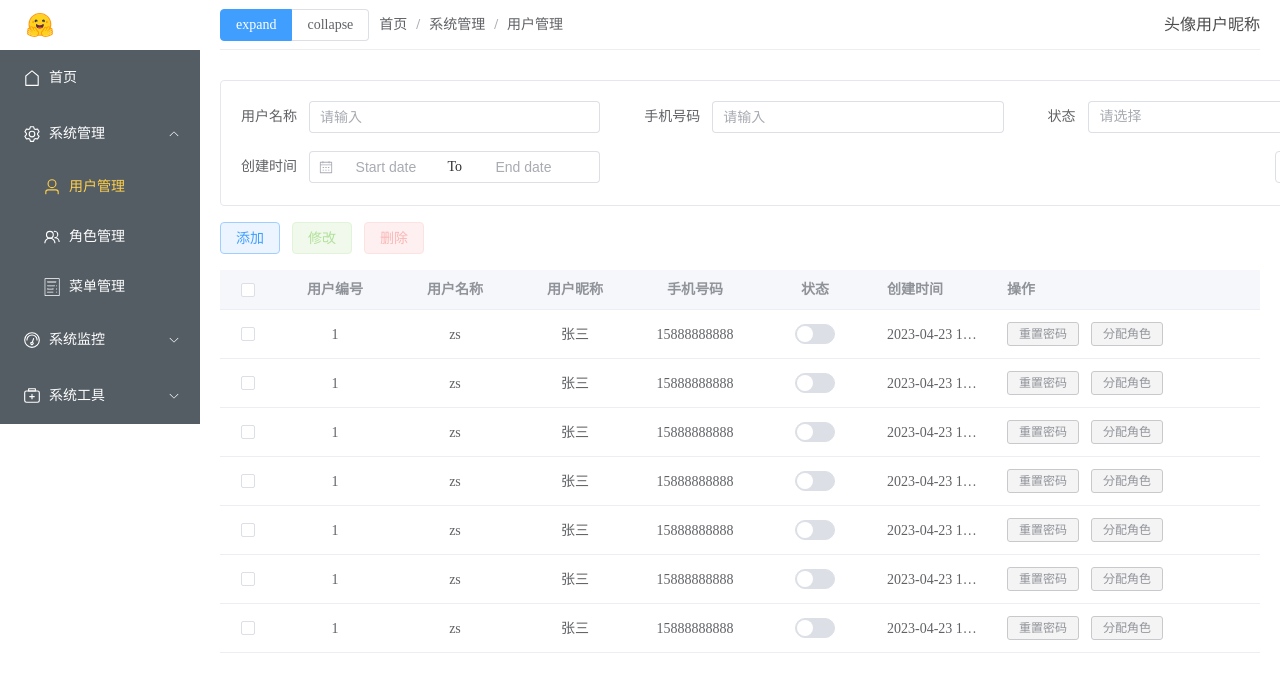
Repository: 202100202078/SignInBox
Page: /admin/system/user
These files come from the project's save history. The page is drawn as it stood at one moment and after the next save; the edit follows.
The browser window is 1280 px wide. The pictures show the whole page.
The project was rebuilt for these pictures with package versions that can differ from the ones it lists, and the page was loaded fresh each time. Also part of the build but not shown: vite.config.js, src/components/FilterLayout.vue, src/components/PageFooter.vue, src/components/TableLayout.vue, src/components/ToolTip.vue, src/assets/fonts/iconfont/iconfont.js, src/assets/style/variables.module.scss.

Above is the page before, as saved 2024-01-30 16:37:08.

### src/main.js
import { createApp } from 'vue'
import '@/assets/style/base.scss'
import pinia from '@/stores/index'
import App from './App.vue'
import router from './router'
import ElementPlus from 'element-plus'
import 'element-plus/dist/index.css'
import '@/assets/fonts/iconfont/iconfont.css'
import '@/assets/fonts/iconfont/iconfont.js'
import * as ElementPlusIconsVue from '@element-plus/icons-vue'

const app = createApp(App)
for (const [key, component] of Object.entries(ElementPlusIconsVue)) {
  app.component(key, component)
}
app.use(ElementPlus)
app.use(pinia)
app.use(router)

app.mount('#app')

### src/assets/style/base.scss
* {
  margin: 0px;
  padding: 0px;
  box-sizing: border-box;
}

.icon {
  width: 1em;
  height: 1em;
  vertical-align: -0.15em;
  fill: currentColor;
  overflow: hidden;
}

.el-menu {
  border:0!important;
}

ul {
  list-style:none;
}

li {
  list-style-type:none;
}

a {
	text-decoration: none; /* 去除默认的下划线 */
	outline: none;	/* 去除旧版浏览器的点击后的外虚线框 */
	color: #000;	/* 去除默认的颜色和点击后变化的颜色 */
}

// 阿里字体图标设置
.icon, .iconfont {
  font-family:"iconfont" !important;
  font-size:16px;
  font-style:normal;
  -webkit-font-smoothing: antialiased;
  -webkit-text-stroke-width: 0.2px;
  -moz-osx-font-smoothing: grayscale;
}

### src/stores/index.js
//将pinia相关代码整合至此
import { createPinia } from 'pinia'
import persist from 'pinia-plugin-persistedstate'

const pinia = createPinia()
pinia.use(persist)

export default pinia

export * from './modules/user'

### src/assets/fonts/iconfont/iconfont.css
@font-face {
  font-family: "iconfont"; /* Project id 4345534 */
  src: url('iconfont.woff2?t=1703642635456') format('woff2'),
       url('iconfont.woff?t=1703642635456') format('woff'),
       url('iconfont.ttf?t=1703642635456') format('truetype');
}

.iconfont {
  font-family: "iconfont" !important;
  font-size: 16px;
  font-style: normal;
  -webkit-font-smoothing: antialiased;
  -moz-osx-font-smoothing: grayscale;
}

.icon-yunyingbaobiao:before {
  content: "\e620";
}

.icon-jiekou1:before {
  content: "\e694";
}

.icon-jiaoseguanli:before {
  content: "\e618";
}

.icon-dingshirenwu:before {
  content: "\e651";
}

.icon-daimashengcheng:before {
  content: "\e636";
}

.icon-a-Icon-line-hamburger-right1x:before {
  content: "\e84c";
}

.icon-a-Icon-line-hamburger-left1x:before {
  content: "\e84d";
}

.icon-a-shujujiankong2:before {
  content: "\e628";
}

.icon-a-zaixianyonghu2:before {
  content: "\e629";
}

.icon-shouqi:before {
  content: "\e6b8";
}

.icon-xiala:before {
  content: "\e6b9";
}

.icon-gantanhao-quan:before {
  content: "\e70f";
}

.icon-yuandianxiao:before {
  content: "\e757";
}

.icon-duihao:before {
  content: "\eaf1";
}

.icon-fuzhi:before {
  content: "\ec7a";
}

.icon-shuaxin:before {
  content: "\e8b9";
}

.icon-shezhi:before {
  content: "\e642";
}

.icon-midutu:before {
  content: "\e749";
}

.icon-wodedingdan:before {
  content: "\e655";
}

.icon-admin-manage:before {
  content: "\e60e";
}

.icon-xiaolian:before {
  content: "\e8ab";
}

.icon-chongzhi:before {
  content: "\e60b";
}

.icon-jiekou:before {
  content: "\e607";
}

.icon-4_square_solid:before {
  content: "\e64d";
}

.icon-1_square_solid:before {
  content: "\e64e";
}

.icon-5_square_solid:before {
  content: "\e64c";
}

.icon-3_square_solid:before {
  content: "\e64f";
}

.icon-2_square_solid:before {
  content: "\e650";
}

### src/stores/modules/user.js
import { defineStore } from 'pinia'
import { ref } from 'vue'

export const useUserStore = defineStore(
  'interface-user',
  () => {
    //用户标识
    const token = ref('1234')
    const setToken = (t) => {
      token.value = t
    }
    return {
      token,
      setToken
    }
  },
  {
    persist: true,
    key: 'interface-token',
    paths: ['token']
  }
)

### src/views/admin/layout/SystemPage.vue
<script setup>
import { ref } from 'vue'
import { useRouter, useRoute } from 'vue-router'
import { onMounted } from 'vue'
import { useUserStore } from '@/stores/modules/user.js'
import MySlider from './conponents/MySlider.vue'
const userStore = useUserStore()
const route = useRoute()
const router = useRouter()
// 控制侧边栏是否折叠
const isCollapse = ref(false)
// 记录当前侧边栏
const activeIndex = ref('')

const handleAvatarCommand = async (command) => {
  //如果是退出登录需要清除本地用户信息
  // console.log('清除本地用户信息')
  if (command === '/login') {
    await ElMessageBox.confirm('你确认退出登录吗？', '温馨提示', {
      type: 'warning',
      confirmButtonText: '确认',
      cancelButtonText: '取消'
    })
    userStore.setToken('')
    // userStore.setUser({})
    // router.push(`/login`)
  } else {
    // router.push(`/user/${command}`)
  }
  router.push(command)
}

// Tab标签相关
// let tabIndex = 2
// const editableTabsValue = ref('2')
// const editableTabs = ref([
//   {
//     title: 'Tab 1',
//     name: '1',
//     content: 'Tab 1 content'
//   },
//   {
//     title: 'Tab 2',
//     name: '2',
//     content: 'Tab 2 content'
//   }
// ])

// const handleTabsEdit = (targetName, action) => {
//   if (action === 'add') {
//     const newTabName = `${++tabIndex}`
//     editableTabs.value.push({
//       title: 'New Tab',
//       name: newTabName,
//       content: 'New Tab content'
//     })
//     editableTabsValue.value = newTabName
//   } else if (action === 'remove') {
//     const tabs = editableTabs.value
//     let activeName = editableTabsValue.value
//     if (activeName === targetName) {
//       tabs.forEach((tab, index) => {
//         if (tab.name === targetName) {
//           const nextTab = tabs[index + 1] || tabs[index - 1]
//           if (nextTab) {
//             activeName = nextTab.name
//           }
//         }
//       })
//     }

//     editableTabsValue.value = activeName
//     editableTabs.value = tabs.filter((tab) => tab.name !== targetName)
//   }
// }

onMounted(() => {
  // 页面刷新使得侧边栏为当前激活路由
  activeIndex.value = route.path
})
</script>

<template>
  <div class="system-layout">
    <el-container style="height: 100%">
      <MySlider :isCollapse="isCollapse" :activeIndex="activeIndex"></MySlider>
      <el-container>
        <el-header>
          <div class="header-top">
            <div class="header-top-left">
              <el-radio-group v-model="isCollapse" class="collapseBtns">
                <el-radio-button :label="false">expand</el-radio-button>
                <el-radio-button :label="true">collapse</el-radio-button>
              </el-radio-group>
              <el-breadcrumb separator="/">
                <el-breadcrumb-item
                  v-for="(item, index) in $route.meta.breadInfo"
                  :key="index"
                  >{{ item }}</el-breadcrumb-item
                >
              </el-breadcrumb>
            </div>
            <div class="header-top-right">
              <el-dropdown @command="handleAvatarCommand">
                <span class="el-dropdown-link">
                  <span>头像</span>
                  <span>用户昵称</span>
                </span>
                <template #dropdown>
                  <el-dropdown-menu>
                    <el-dropdown-item command="/home/user"
                      >个人中心</el-dropdown-item
                    >
                    <el-dropdown-item command="/login"
                      >退出登录</el-dropdown-item
                    >
                  </el-dropdown-menu>
                </template>
              </el-dropdown>
            </div>
          </div>
          <!-- <div class="header-bottom">
            <el-tabs
              v-model="editableTabsValue"
              type="card"
              editable
              class="my-tabs"
              @edit="handleTabsEdit"
            >
              <el-tab-pane label="首页" :closeable="false">32444444444444</el-tab-pane>
              <el-tab-pane
                v-for="item in editableTabs"
                :key="item.name"
                :label="item.title"
                :name="item.name"
              >
                {{ item.content }}
              </el-tab-pane>
            </el-tabs>
          </div> -->
        </el-header>
        <el-main>
          <router-view></router-view>
        </el-main>
      </el-container>
    </el-container>
  </div>
</template>

<style lang="scss" scoped>
.system-layout {
  height: 100vh;

  .header-top {
    height: 50px;
    display: flex;
    justify-content: space-between;
    align-items: center;
    border-bottom: 1px solid #eee;
    .header-top-left {
      display: flex;
      align-items: center;
      .collapseBtns {
        margin-right: 10px;
      }
    }
    .header-top-right {
      margin-left: 6px;
      display: flex;
      align-items: center;
      font-size: 16px;
      border-radius: 6px;
      height: 56px;
      line-height: 56px;
      &:hover {
        background-color: rgba(0, 0, 0, 0.1);
        color: rgba(0, 0, 0, 1);
        transition: color 0.3s;
      }
      .el-dropdown {
        :deep(:focus-visible) {
          outline: none;
        }
        .el-dropdown-link {
          cursor: pointer;
          color: rgba(0, 0, 0, 0.7);
          font-size: 16px;
          display: flex;
          align-items: center;
        }
      }
    }
  }
}

</style>

### src/views/admin/system/UserManagement.vue
<script setup>
import MyDialog from './components/MyDialog.vue'
import FilterForm from './components/FilterForm.vue'
import { ref } from 'vue'

// 一个响应式对象存储整个筛选表单的数据
const filterForm = ref({
  uname: '',
  phone: '',
  status: '',
  datePicker: ''
})

const statusOptions = [
  {
    value: '正常',
    label: '正常'
  },
  {
    value: '停用',
    label: '停用'
  }
]

const handleReset = () => {
  // 重置筛选表单
  filterForm.value = {}
}
const handleQuery = () => {
  console.log('query')
}

// 渲染的表格
const tableData = [
  {
    userId: 1,
    uname: 'zs',
    nickName: '张三',
    phone: '15888888888',
    status: false,
    createDate: '2023-04-23 16:11:38'
  },
  {
    userId: 1,
    uname: 'zs',
    nickName: '张三',
    phone: '15888888888',
    status: false,
    createDate: '2023-04-23 16:11:38'
  },
  {
    userId: 1,
    uname: 'zs',
    nickName: '张三',
    phone: '15888888888',
    status: false,
    createDate: '2023-04-23 16:11:38'
  },
  {
    userId: 1,
    uname: 'zs',
    nickName: '张三',
    phone: '15888888888',
    status: false,
    createDate: '2023-04-23 16:11:38'
  },
  {
    userId: 1,
    uname: 'zs',
    nickName: '张三',
    phone: '15888888888',
    status: false,
    createDate: '2023-04-23 16:11:38'
  },
  {
    userId: 1,
    uname: 'zs',
    nickName: '张三',
    phone: '15888888888',
    status: false,
    createDate: '2023-04-23 16:11:38'
  },
  {
    userId: 1,
    uname: 'zs',
    nickName: '张三',
    phone: '15888888888',
    status: false,
    createDate: '2023-04-23 16:11:38'
  }
]

//表格多选
const multipleTableRef = ref()
const multipleSelection = ref([])

const handleSelectionChange = (val) => {
  multipleSelection.value = val
}

// dialog组件ref
const myDialogRef = ref()
// dialog的标题
const dialogTitle = ref('添加用户')

// 点击添加用户
const addUserFn = () => {
  dialogTitle.value = '添加用户'
  myDialogRef.value.open()
}
// 点击修改用户
const editUserFn = () => {
  dialogTitle.value = '修改用户'
  // 将当前多选框选中数据渲染到dialog中
  const curSelection = multipleSelection.value[0]
  formModel.value = curSelection
  myDialogRef.value.open()
}
// 点击删除用户
const delUserFn = () => {
  dialogTitle.value = '系统提示'
  myDialogRef.value.open()
}

// dialog表单
const formModel = ref({
  nickName: '',
  phone: '',
  email: '',
  uname: '',
  password: '',
  role: '',
  gender: '',
  status: '',
  desc: ''
})

const rules = {}
</script>

<template>
  <MyDialog :title="dialogTitle" ref="myDialogRef">
    <template #form>
      <el-form
        :model="formModel"
        label-width="80px"
        label-position="left"
        :rules="rules"
      >
        <el-form-item label="用户昵称">
          <el-input v-model="formModel.nickName" />
        </el-form-item>
        <el-form-item label="手机号码">
          <el-input v-model="formModel.phone" />
        </el-form-item>
        <el-form-item label="用户名称">
          <el-input v-model="formModel.uname" />
        </el-form-item>
        <el-form-item label="用户密码">
          <el-input v-model="formModel.password" type="password" />
        </el-form-item>
        <el-form-item label="用户性别">
          <el-select v-model="formModel.gender" placeholder="请选择性别">
            <el-option label="男" value="1" />
            <el-option label="女" value="2" />
            <el-option label="未知" value="3" />
          </el-select>
        </el-form-item>
        <el-form-item label="角色">
          <el-select v-model="formModel.role" placeholder="请选择角色">
            <el-option label="普通角色" value="normal" />
          </el-select>
        </el-form-item>
        <el-form-item label="状态">
          <el-radio-group v-model="formModel.status">
            <el-radio :label="true">正常</el-radio>
            <el-radio :label="false">停用</el-radio>
          </el-radio-group>
        </el-form-item>
        <el-form-item label="备注">
          <el-input
            v-model="formModel.desc"
            type="textarea"
            placeholder="请输入内容"
          />
        </el-form-item>
      </el-form>
    </template>
  </MyDialog>
  <div class="user-managemant-page">
    <FilterForm @reset="handleReset" @query="handleQuery">
      <el-form-item label="用户名称">
        <el-input placeholder="请输入" v-model="filterForm.uname"></el-input>
      </el-form-item>
      <el-form-item label="手机号码">
        <el-input placeholder="请输入" v-model="filterForm.phone"></el-input>
      </el-form-item>
      <el-form-item label="状态">
        <el-select v-model="filterForm.status" placeholder="请选择">
          <el-option
            v-for="item in statusOptions"
            :key="item.value"
            :label="item.label"
            :value="item.value"
          />
        </el-select>
      </el-form-item>
      <el-form-item label="创建时间">
        <el-date-picker
          v-model="filterForm.datePicker"
          type="daterange"
          range-separator="To"
          start-placeholder="Start date"
          end-placeholder="End date"
        />
      </el-form-item>
    </FilterForm>
    <div class="user-managemant-page-btns">
      <el-button plain type="primary" @click="addUserFn">添加</el-button>
      <el-button
        plain
        type="success"
        @click="editUserFn"
        :disabled="multipleSelection.length !== 1"
        >修改</el-button
      >
      <el-button
        plain
        type="danger"
        @click="delUserFn"
        :disabled="multipleSelection.length === 0"
        >删除</el-button
      >
    </div>
    <el-table
      :ref="multipleTableRef"
      :data="tableData"
      style="width: 100%"
      @selection-change="handleSelectionChange"
      :header-cell-style="{
        background: '#F5F7FA',
        color: '#909399'
      }"
    >
      <el-table-column align="center" type="selection" width="55" />
      <el-table-column
        align="center"
        property="userId"
        label="用户编号"
        width="120"
      />
      <el-table-column
        align="center"
        property="uname"
        label="用户名称"
        width="120"
      />
      <el-table-column
        align="center"
        property="nickName"
        label="用户昵称"
        width="120"
      />
      <el-table-column
        align="center"
        property="phone"
        label="手机号码"
        width="120"
      />
      <el-table-column label="状态" align="center" width="120">
        <template #default="scope">
          <el-switch v-model="scope.row.status" />
        </template>
      </el-table-column>
      <el-table-column
        property="createDate"
        label="创建时间"
        width="120"
        show-overflow-tooltip
      />
      <el-table-column label="操作" show-overflow-tooltip>
        <template #default="scope">
          <el-button size="small" type="info" plain>重置密码</el-button>
          <el-button size="small" type="info" plain>分配角色</el-button>
        </template>
      </el-table-column>
    </el-table>
  </div>
</template>

<style lang="scss" scoped>
.user-managemant-page {
  .el-form-item {
    width: 30%;
    .el-select {
      width: 100%;
    }
  }
  .user-managemant-page-btns {
    margin-bottom: 16px;
  }
}
</style>

### src/views/admin/layout/conponents/MySlider.vue
<script setup>
import variables from '@/assets/style/variables.module.scss'
defineProps({
  isCollapse: {
    type: Boolean,
    required: true
  },
  activeIndex: {
    type: String,
    required: true
  }
})
// console.log(prop)
</script>

<template>
  <el-aside
    width="200px"
    :style="{ width: isCollapse ? '64px' : '200px' }"
    class="el-aside"
  >
    <div
      :style="{
        backgroundColor: variables.menuBackground
      }"
      class="system-layout-aside"
    >
      <div
        class="logo-show"
        :style="{
          'padding-top': isCollapse ? '16px' : '0',
          transition: '1.5s'
        }"
      >
        <a @click="$router.replace('/admin/index')">
          <img src="@/assets/avg/logo.svg" alt="logo" class="logo" />
          <h1
            class="title"
            :style="{
              opacity: isCollapse ? 0 : 1,
              transition: '0.5s',
              color: isCollapse ? '#545c64' : '#fff'
            }"
          >
            API-BOX管理系统
          </h1>
        </a>
      </div>
      <el-menu
        active-text-color="#ffd04b"
        background-color="#545c64"
        class="el-menu-vertical-demo"
        :default-active="activeIndex"
        text-color="#fff"
        @open="handleOpen"
        @close="handleClose"
        :collapse="isCollapse"
        :unique-opened="true"
        router
      >
        <el-menu-item index="/admin/index">
          <el-icon><House /></el-icon>
          <span>首页</span>
        </el-menu-item>
        <el-sub-menu index="2">
          <template #title>
            <el-icon><Setting /></el-icon>
            <span>系统管理</span>
          </template>
          <el-menu-item index="/admin/system/user">
            <el-icon><User /></el-icon>
            <span>用户管理</span>
          </el-menu-item>
          <el-menu-item index="/admin/system/role">
            <svg class="icon" aria-hidden="true">
              <use xlink:href="#icon-jiaoseguanli"></use>
            </svg>
            <span>角色管理</span>
          </el-menu-item>
          <el-menu-item index="/admin/system/menu">
            <svg class="icon" aria-hidden="true">
              <use xlink:href="#icon-yunyingbaobiao"></use>
            </svg>
            <span>菜单管理</span>
          </el-menu-item>
        </el-sub-menu>
        <el-sub-menu index="3">
          <template #title>
            <el-icon><Odometer /></el-icon>
            <span>系统监控</span>
          </template>
          <el-menu-item index="3-1">
            <svg class="icon" aria-hidden="true">
              <use xlink:href="#icon-a-zaixianyonghu2"></use>
            </svg>
            <span>在线用户</span>
          </el-menu-item>
          <el-menu-item index="3-2">
            <svg class="icon" aria-hidden="true">
              <use xlink:href="#icon-dingshirenwu"></use>
            </svg>
            <span>定时任务</span>
          </el-menu-item>
          <el-menu-item index="3-3">
            <svg class="icon" aria-hidden="true">
              <use xlink:href="#icon-a-shujujiankong2"></use>
            </svg>
            <span>数据监控</span>
          </el-menu-item>
        </el-sub-menu>
        <el-sub-menu index="4">
          <template #title>
            <el-icon><FirstAidKit /></el-icon>
            <span>系统工具</span>
          </template>
          <el-menu-item index="4-1">
            <svg class="icon" aria-hidden="true">
              <use xlink:href="#icon-yunyingbaobiao"></use>
            </svg>
            <span>表单构建</span>
          </el-menu-item>
          <el-menu-item index="4-3">
            <svg class="icon" aria-hidden="true">
              <use xlink:href="#icon-jiekou1"></use>
            </svg>
            <span>系统接口</span>
          </el-menu-item>
        </el-sub-menu>
      </el-menu>
    </div>
  </el-aside>
</template>

<style scoped lang="scss">
.el-aside {
  transition: all 0.5s;
}
.system-layout-aside {
  height: 100%;
  .logo-show {
    height: 50px;
    text-align: center;
    cursor: pointer;
    .logo {
      margin-right: 4px;
      width: 28px;
      vertical-align: middle;
    }
    .title {
      display: inline-block;
      font-size: 14px;
      line-height: 50px;
      font-weight: 600;
      vertical-align: middle;
      color: #fff;
    }
  }
}
.icon {
  vertical-align: middle;
  margin-right: 5px;
  width: 24px;
  text-align: center;
  font-size: 18px;
  color: #fff;
}
</style>

### src/views/admin/system/components/MyDialog.vue
<script setup>
import { ref } from 'vue'
const dialogFormVisible = ref(false)

const props = defineProps({
  title: String
})

const open = () => {
  dialogFormVisible.value = true
}

const confirm = () => {
  // 关闭dialog
  dialogFormVisible.value = false
  // 根据title的不同向父级发送不同命令
  if (props.title === '添加菜单') {
    emit('onAddConfirm')
  } else if (props.title === '编辑菜单') {
    emit('onEditConfirm')
  } else if (props.title === '添加子菜单') {
    emit('onAddChildConfirm')
  }
}

const emit = defineEmits(['onAddConfirm', 'onEditConfirm', 'onAddChildConfirm'])

defineExpose({
  open
})
</script>

<template>
  <el-dialog v-model="dialogFormVisible" :title="title" align-center>
    <slot name="form"> </slot>
    <template #footer>
      <span class="dialog-footer">
        <el-button @click="dialogFormVisible = false">Cancel</el-button>
        <el-button type="primary" @click="confirm"> Confirm </el-button>
      </span>
    </template>
  </el-dialog>
</template>

### src/views/admin/system/components/FilterForm.vue
<script setup>
defineProps({
  showCollapse: {
    type: Boolean,
    default: false
  }
})
const emit = defineEmits(['reset', 'query', 'trigger'])
//暴露重置方法和查询方法以及展开
const reset = () => {
  //获取form对象重置数据即可
  //通知父级reset数据
  emit('reset')
}
const query = () => {
  //通知父级进行发请求筛选数据
  emit('query')
}
const trigger = () => {
  //通知父级进行表单的展示/隐藏
  emit('trigger')
}
// defineExpose({
//   reset,
//   query,
//   trigger
// })
</script>

<template>
  <div class="filter-card">
    <el-card shadow="never" :body-style="{ 'padding-bottom': '4px' }">
      <el-form :inline="true">
        <slot></slot>
        <el-form-item class="btns">
          <el-button @click="reset">重置</el-button>
          <el-button type="primary" @click="query">查询</el-button>
          <span class="trigger" @click="trigger" v-if="showCollapse"
            >展开
            <span
              :class="{
                iconfont: true,
                'icon-xiala': !showCollapse,
                'icon-shouqi': showCollapse
              }"
            ></span
          ></span>
        </el-form-item>
      </el-form>
    </el-card>
  </div>
</template>

<style lang="scss" scoped>
.filter-card {
  margin-bottom: 16px;
  width: 1240px;
  .el-form {
    display: flex;
    justify-content: space-between;
    align-items: center;
    flex-wrap: wrap;
    .el-form-item {
      width: 30%;
      .el-select {
        width: 100%;
      }
    }
    .btns {
      :deep .el-form-item__content {
        display: flex;
        justify-content: flex-end;
        .trigger {
          margin-left: 12px;
          color: #409eff;
          cursor: pointer;
          transition: all 0.3s;
          &:hover {
            color: #79bbff;
          }
        }
      }
    }
  }
}
</style>

Loaded but not shown: index.html (common file); src/App.vue (common file); src/router/index.js (128 lines, source omitted)

After the next save:
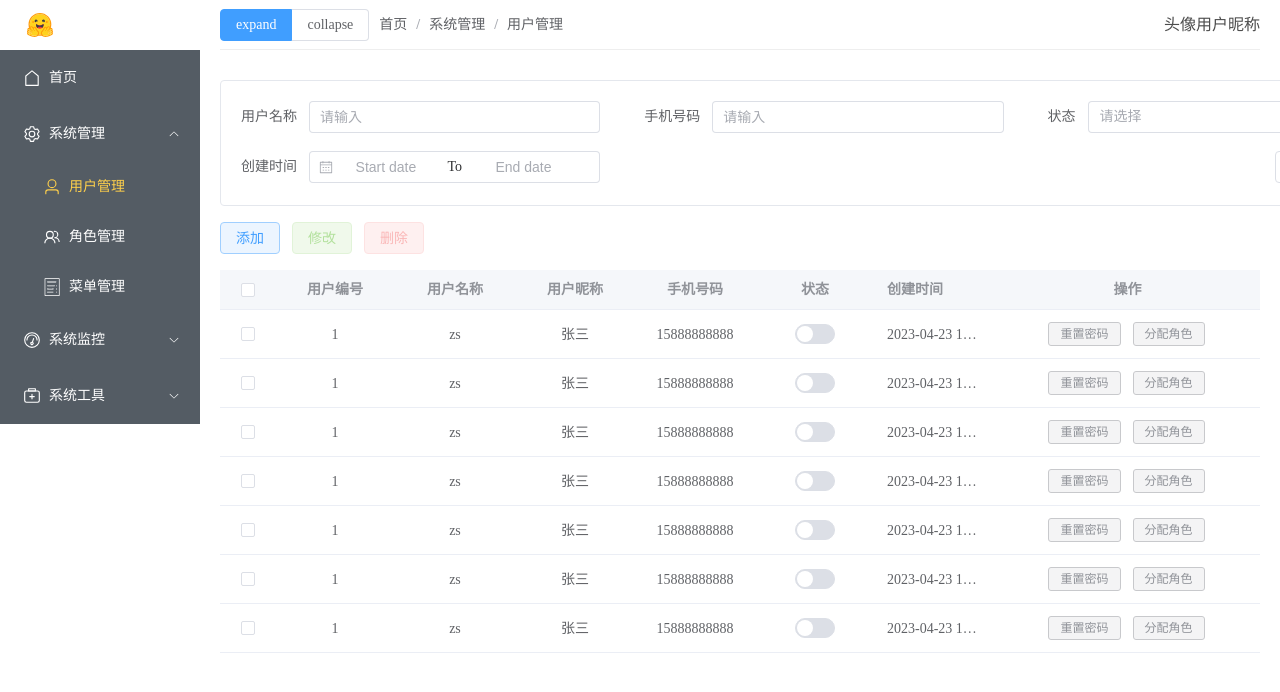
Saved 31 s later.
--- a/src/views/admin/system/UserManagement.vue
+++ b/src/views/admin/system/UserManagement.vue
@@ -278,7 +278,7 @@ const rules = {}
         width="120"
         show-overflow-tooltip
       />
-      <el-table-column label="操作" show-overflow-tooltip>
+      <el-table-column label="操作" show-overflow-tooltip align="center">
         <template #default="scope">
           <el-button size="small" type="info" plain>重置密码</el-button>
           <el-button size="small" type="info" plain>分配角色</el-button>
